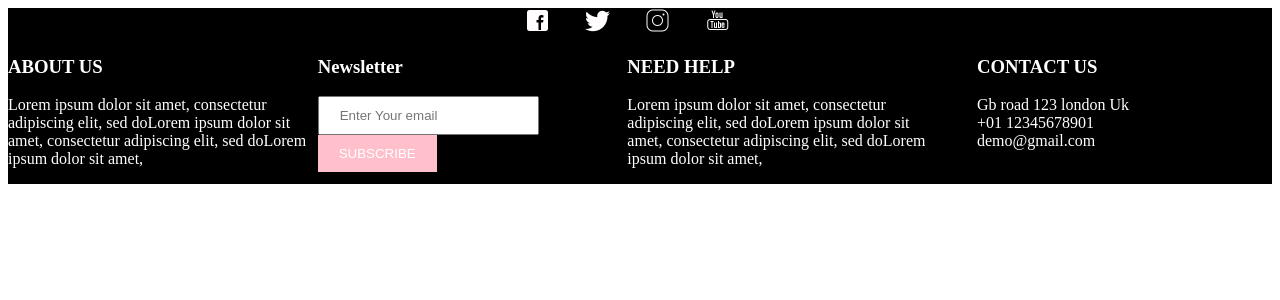
Repository: AVINKUMARP/gifts
Page: demo3.html
These files come from the project's save history. The page is drawn as it stood at one moment and after the next save; the edit follows.
The browser window is 1280 px wide. The pictures show the whole page.

Above is the page before, as saved 2023-08-24 15:39:45.

After the next save:
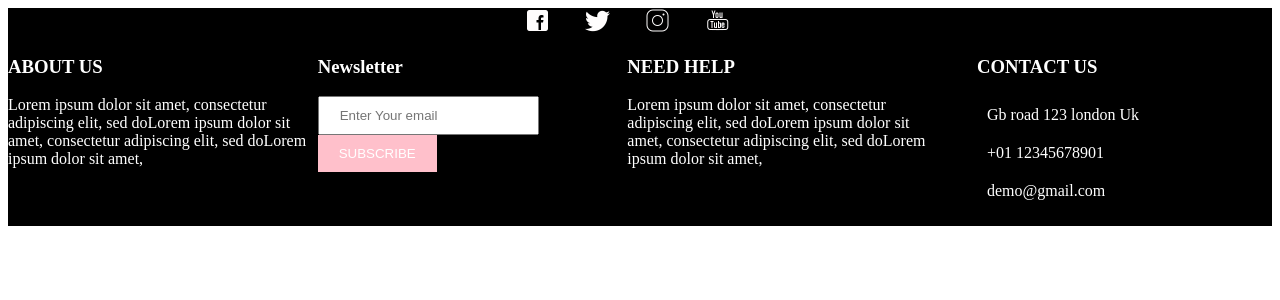
Saved 63 s later.
--- a/demo3.html
+++ b/demo3.html
@@ -46,6 +46,9 @@
         .lthree p{
             text-align: start;
         }
+        .lfour li{
+            padding: 10px;
+        }
     </style>
 </head>
 <body>
